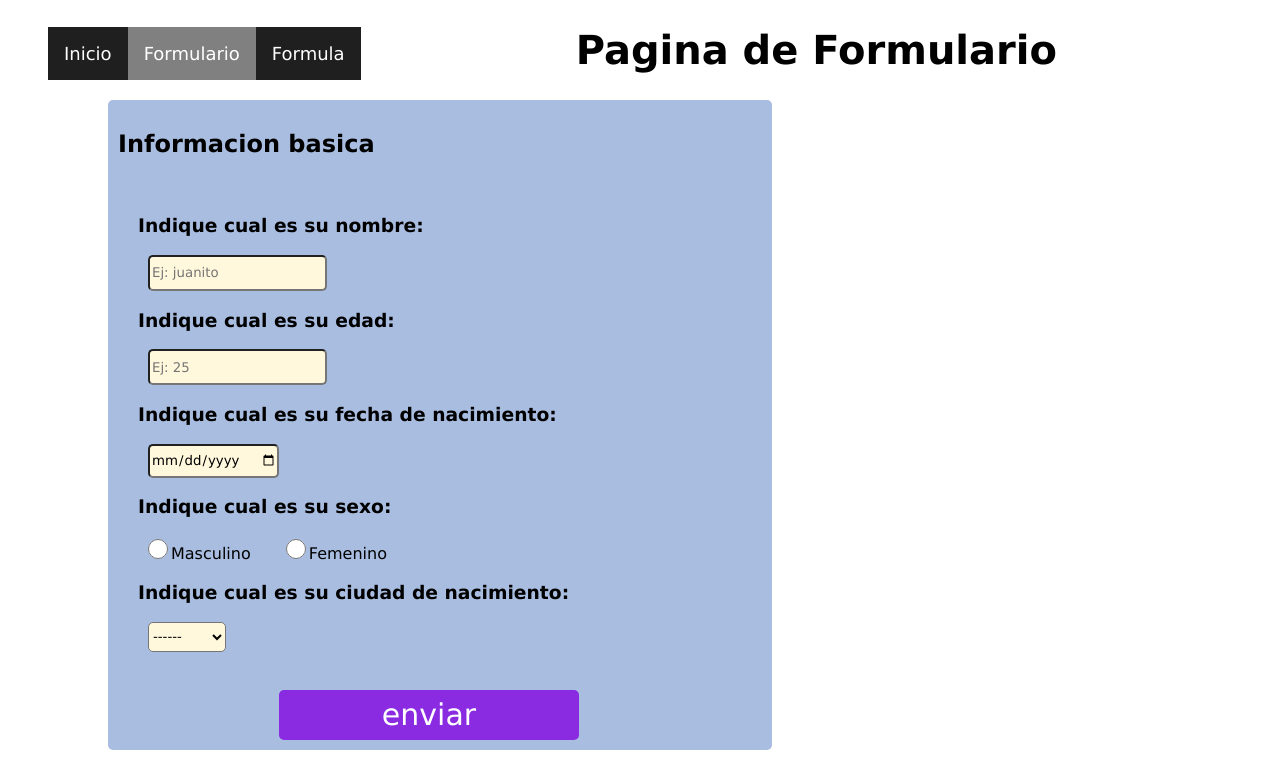
Repository: misterySnow94/tutoriales
Page: pagina basica/formulario.html
An editor plug-in stored every save of this project. The page is shown before and after the next save, followed by the edit.
The browser window is 1280 px wide. The pictures show the whole page.

Above is the page before, as saved 2019-11-04 00:31:20.

### pagina basica/formulario.html
<!DOCTYPE html>
<html lang="en">
<head>
    <meta charset="UTF-8">
    <meta name="viewport" content="width=device-width, initial-scale=1.0">
    <meta http-equiv="X-UA-Compatible" content="ie=edge">
    <title>inicio</title>
    <link rel="stylesheet" href="css/style.css">
</head>
<body>
    <nav>
        <ul>
            <li><a href="index.html"> Inicio </a></li>
            <li class="active"><a href="formulario.html">Formulario</a></li>
            <li><a href="formula.html">Formula</a></li>
        </ul>
    </nav>

    <div class="contenido">
        <h1>Pagina de Formulario</h1>

        <form action="">
            <h2>Informacion basica</h2>
            <label for="nombre">
                <h3>Indique cual es su nombre:</h3>
                <input type="text" placeholder="Ej: juanito" name="nombre" required>
            </label>
            <label for="edad">
                <h3>Indique cual es su edad:</h3>
                <input type="number" placeholder="Ej: 25" name="edad" required>
            </label>
            <label for="fecha_nacimiento">
                <h3>Indique cual es su fecha de nacimiento:</h3>
                <input type="date" name="fecha_nacimiento" required>
            </label>
            <label for="sexo">
                <h3>Indique cual es su sexo:</h3>
                <input class="radio" type="radio" name="sexo" value="m">Masculino
                <input class="radio" type="radio" name="sexo" value="f">Femenino
            </label>
            <label for="ciudad">
                <h3>Indique cual es su ciudad de nacimiento:</h3>
                <select name="ciudad" required>
                    <option disabled selected>------</option>
                    <option value="Pereira">Pereira</option>
                    <option value="Cali">Cali</option>
                    <option value="Medellin">Medellin</option>
                    <option value="Bogota">Bogota</option>
                </select>
            </label>
            <br><br><br>
            <button>enviar</button>
        </form>
    </div>
</body>
</html>

### pagina basica/css/style.css
body{
    font-family: 'Lucida Sans', 'Lucida Sans Regular', 'Lucida Grande', 'Lucida Sans Unicode', Geneva, Verdana, sans-serif;
}

li{
    float: left;
    list-style: none;
    padding: 16px;
    background-color: rgb(31, 31, 31);
}

.active{
    background-color: gray;
}

li:hover{
    background-color: gray;
}

a{
    color: white;
    text-decoration: none;
    font-size: 18px;
}

h1{
    text-align: center;
    font-size: 40px;
}

form{
    margin-left: 100px;
    margin-right: 500px;
    background-color: rgb(169, 189, 224);
    border-radius: 5px;
    padding: 10px;
}

label, input, h3 , select{
    margin-left: 20px;
}

input, select{
    margin-left: 30px;
    border-radius: 5px;
    height: 30px;
    font-family: 'Lucida Sans', 'Lucida Sans Regular', 'Lucida Grande', 'Lucida Sans Unicode', Geneva, Verdana, sans-serif;
    background-color: cornsilk;
}

button{
    background-color: blueviolet;
    height: 50px;
    width: 300px;
    border:none;
    border-radius: 5px;
    font-family: 'Lucida Sans', 'Lucida Sans Regular', 'Lucida Grande', 'Lucida Sans Unicode', Geneva, Verdana, sans-serif;
    font-size: 30px;
    color:white;
    margin-left: 25%;
}

button:hover{
    background-color: rgb(190, 140, 236);
    color:black;
}

.radio{
    width: 20px;
    height: 20px;
}

After the next save:
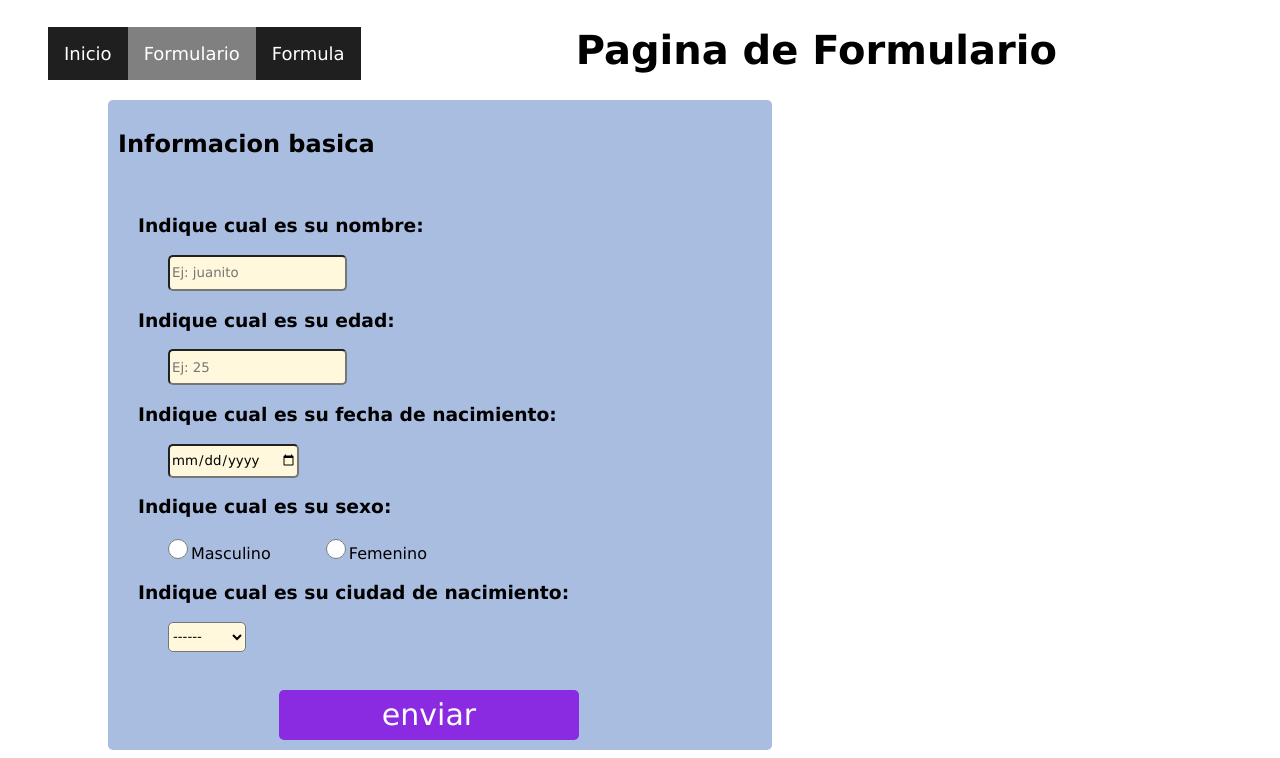
Saved 6 s later.
--- a/pagina basica/css/style.css
+++ b/pagina basica/css/style.css
@@ -41,7 +41,7 @@ label, input, h3 , select{
 }
 
 input, select{
-    margin-left: 30px;
+    margin-left: 50px;
     border-radius: 5px;
     height: 30px;
     font-family: 'Lucida Sans', 'Lucida Sans Regular', 'Lucida Grande', 'Lucida Sans Unicode', Geneva, Verdana, sans-serif;
